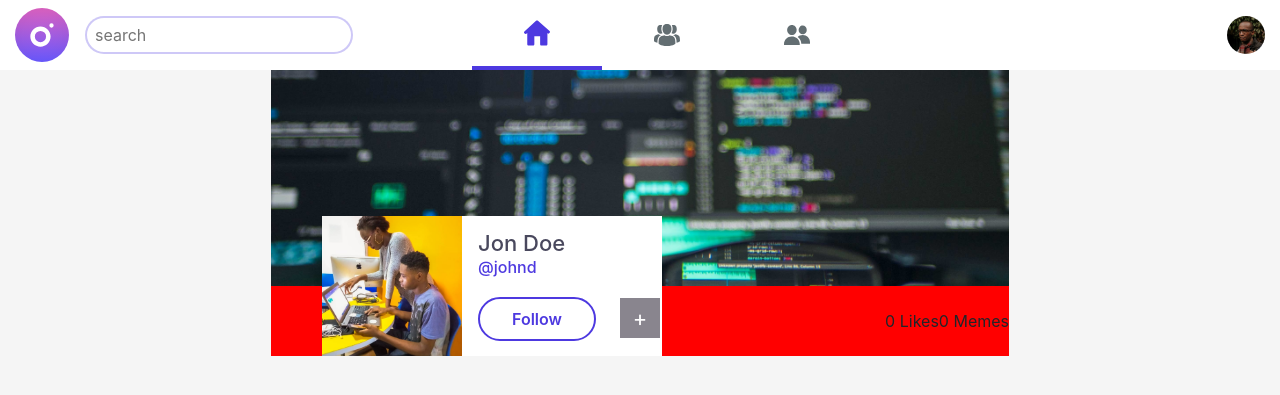
Repository: Flovet-stack/memic
Page: admin-profile.html
These files come from the project's save history. The page is drawn as it stood at one moment and after the next save; the edit follows.
The browser window is 1280 px wide. The pictures show the whole page.
Some web fonts or font styles are not loaded; a fallback is used.

Above is the page before, as saved 2020-10-27 23:56:55.
Console error: TypeError: Cannot read properties of undefined (reading 'fn')

After the next save:
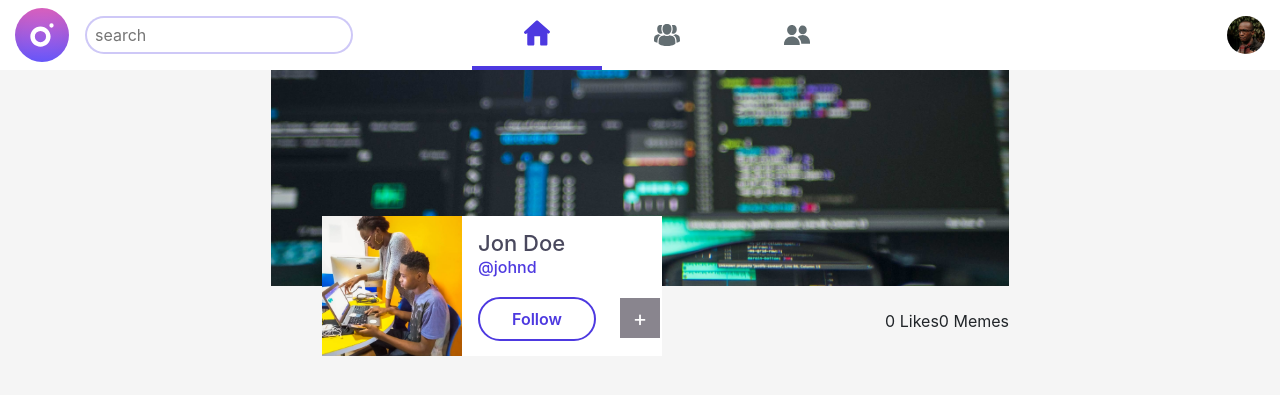
Saved 11 s later.
--- a/css/admin-profile.css
+++ b/css/admin-profile.css
@@ -1,7 +1,7 @@
 .profile-card {
     width: 100%;
     height: auto;
-    background-color: red;
+    /* background-color: red; */
 }
 .profile-cover {
     width: 100%;
